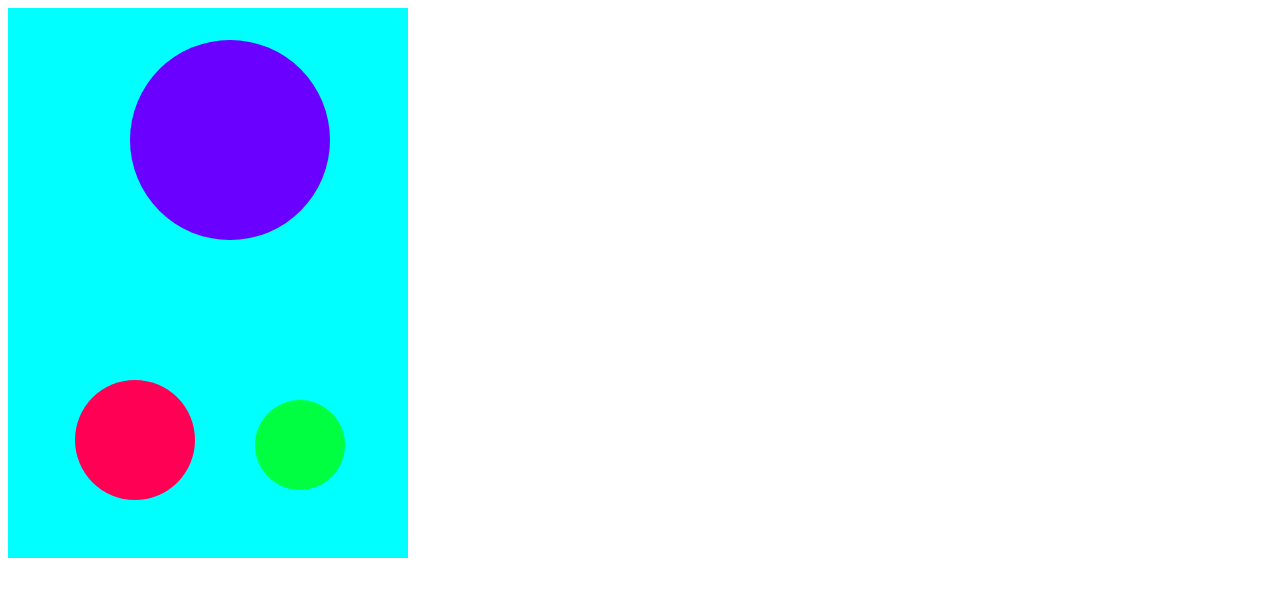
Repository: sara55m/Counter_App
Page: index.html
The author's editor kept a copy of each file at every save. The page is drawn from the files as they stood at one save, then again after the next save.
The browser window is 1280 px wide. The pictures show the whole page.

Above is the page before, as saved 2024-07-30 01:42:56.

After the next save:
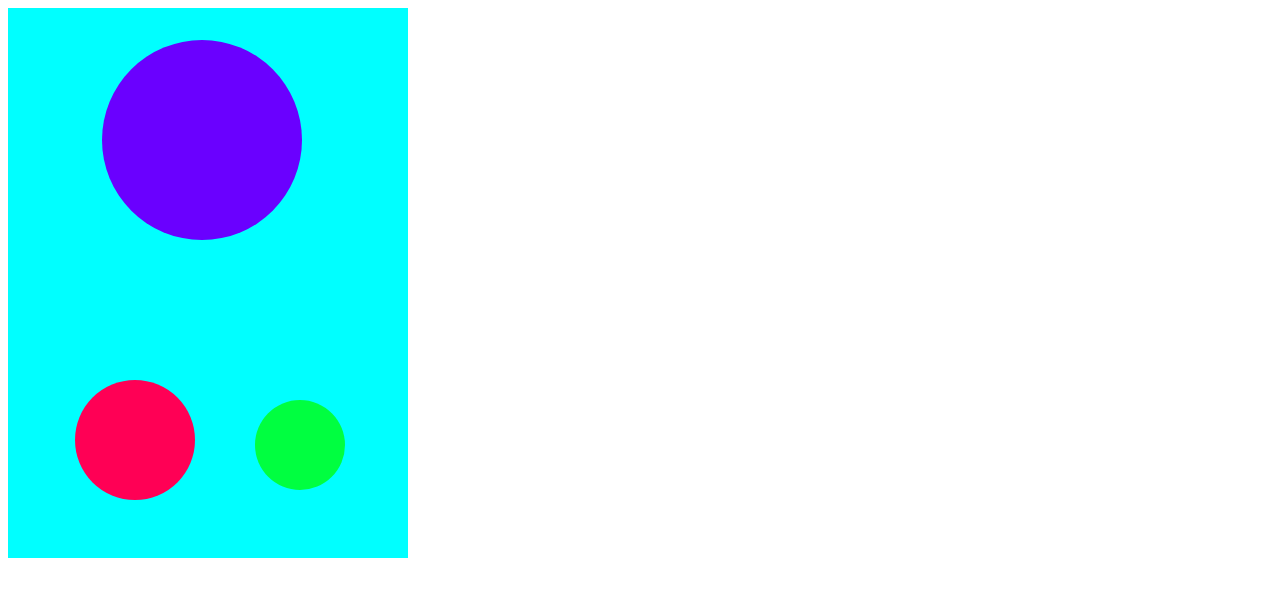
Saved 64 s later.
--- a/css/style.css
+++ b/css/style.css
@@ -7,7 +7,7 @@
 .main{
     position:absolute;
     top:40px;
-    left:130px;
+    left:102px;
     height:200px;
     width:200px;
     border-radius: 50%;
